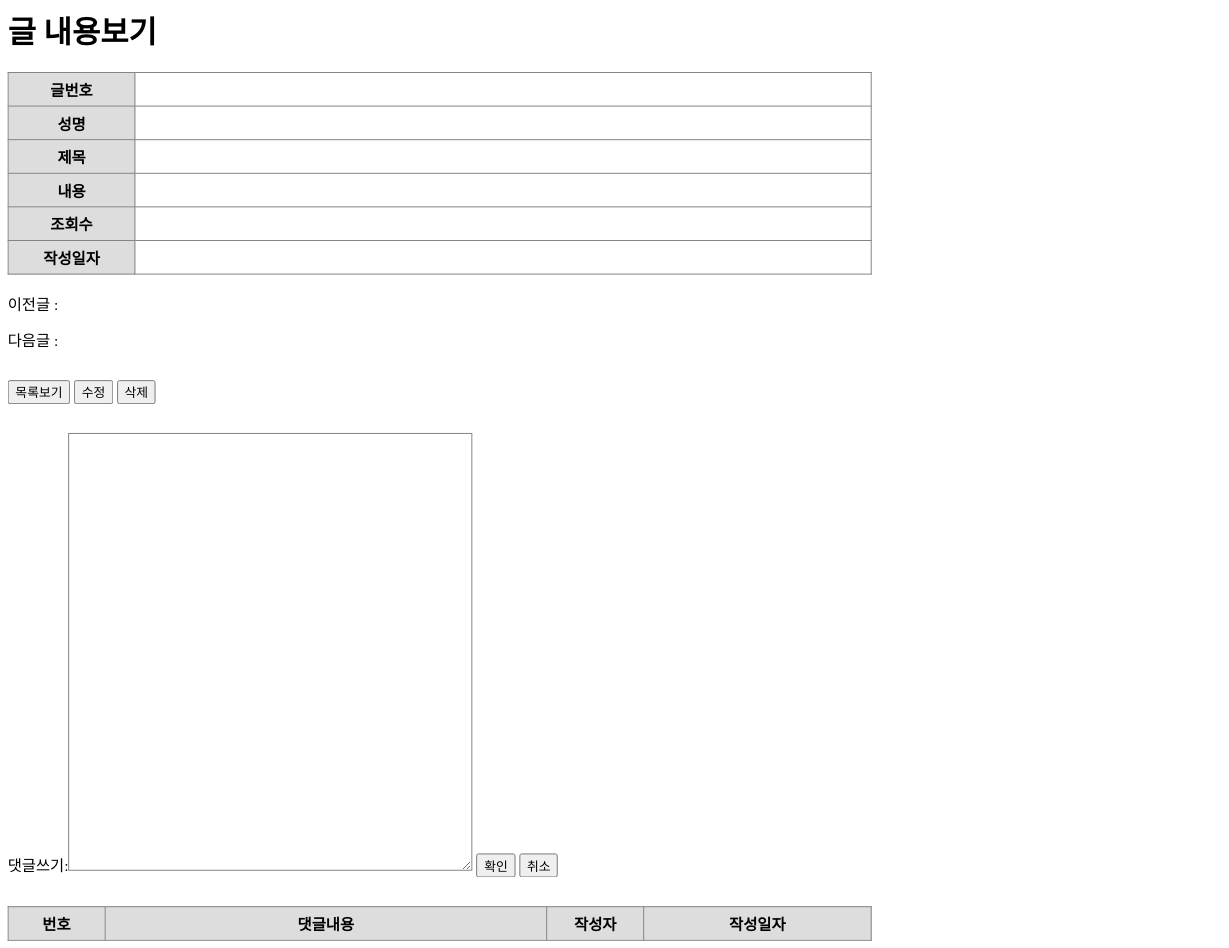
Repository: gold37/Spring
Page: http://localhost/Board/WEB-INF/views/tiles1/board/view.jsp
An editor plug-in stored every save of this project. The page is shown before and after the next save, followed by the edit.
The browser window is 1280 px wide. The pictures show the whole page, at 96% of full size.
The page is served by Tomcat 9. Nobody is signed in. Other server files are loaded and not shown. The template is opened directly, without the code that normally fills it, so the values that code supplies are empty.

Above is the page before, as saved 2020-07-17 06:46:12.
Console error: ReferenceError: $ is not defined

### springworkspace/Board/src/main/webapp/WEB-INF/views/tiles1/board/view.jsp
<%@ page language="java" contentType="text/html; charset=UTF-8"
    pageEncoding="UTF-8"%>

<%@ taglib prefix="c" uri="http://java.sun.com/jsp/jstl/core" %>

<style>

table, th, td, input, textarea {
	border: solid gray 1px;
}

#table, #table2 {
	border-collapse: collapse;
 	width: 900px;
}

#table th, #table td{padding: 5px;}
#table th{width: 120px; background-color: #DDDDDD;}
#table td{width: 750px;}
.long {width: 470px;}
.short {width: 120px;}

.move {cursor: pointer;}
.moveColor {font-weight: bold;}

a {text-decoration: none !important;}


</style>

<script type="text/javascript">

	$(document).ready(function(){

		$(".move").hover(function(){
						$(this).addClass("moveColor");
					},
					function(){
						$(this).removeClass("moveColor");
					});

	});


</script>


<div style="">
	<h1>글 내용보기</h1>

	<table id="table" style="word-wrap: break-word; table-layout: fixted;">
		<tr>
			<th>글번호</th>
			<td>${boardvo.seq}</td>
		</tr>
		<tr>
			<th>성명</th>
			<td>${boardvo.name}</td>
		</tr>
		<tr>
			<th>제목</th>
			<td>${boardvo.subject}</td>
		</tr>
		<tr>
			<th>내용</th>
			<td>
				<p style="word-break: break-all;">${boardvo.content}</p>
				<%--
					style="word-break: break-all; 은 공백없는 긴영문일 경우 width 크기를 뚫고 나오는 것을 막는 것임.
					그런데 style="word-break: break-all; 나 style="word-wrap: break-word; 은
			       	테이블태그의 <td>태그에는 안되고 <p> 나 <div> 태그안에서 적용되어지므로 <td>태그에서 적용하려면
			    	<table>태그속에 style="word-wrap: break-word; table-layout: fixed;" 을 주면 된다.
				--%>
			</td>
		</tr>
		<tr>
			<th>조회수</th>
			<td>${boardvo.readCount}</td>
		</tr>
		<tr>
			<th>작성일자</th>
			<td>${boardvo.regDate}</td>
		</tr>
	</table>

	<br/>

	<div style="margin-bottom: 1%;">이전글&nbsp;:&nbsp;<span class="move" onclick="javascript:location.href='view.action?seq=${boardvo.previousseq}'">${boardvo.previoussubject}</span></div>
	<div style="margin-bottom: 1%;">다음글&nbsp;:&nbsp;<span class="move" onclick="javascript:location.href='view.action?seq=${boardvo.nextseq}'">${boardvo.nextsubject}</span></div>

	<br/>

	<button type="button" onclick="javascript:location.href='list.action'" >목록보기</button>
	<button type="button" onclick="javascript:location.href='edit.action?seq=${boardvo.seq}'" >수정</button>
	<button type="button" onclick="javascript:location.href='delete.action?seq=${boardvo.seq}'" >삭제</button>


	<div style="margin-top: 30px;">
		댓글쓰기:<textarea rows="30" cols="50"></textarea>
		<button>확인</button>
		<button>취소</button>
	</div>

	<table id="table" style="margin-top: 30px;">
		<tr>
			<th style="width: 70px;  text-align: center;">번호</th>
			<th style="width: 360px; text-align: center;">댓글내용</th>
			<th style="width: 70px;  text-align: center;">작성자</th>
			<th style="width: 180px; text-align: center;">작성일자</th>
		</tr>
		<c:forEach var="boardvo" items="${boardList}" varStatus="status">
			<tr>
				<td align="center">${boardvo.seq}</td>
				<td align="left">
					<span class="subject" onclick="goView('${boardvo.seq}')">${boardvo.subject}</span>
				</td>
				<td align="center">${boardvo.content}</td>
				<td align="center">${boardvo.name}</td>
				<td align="center">${boardvo.regDate}</td>
		</c:forEach>
	</table>

</div>

After the next save:
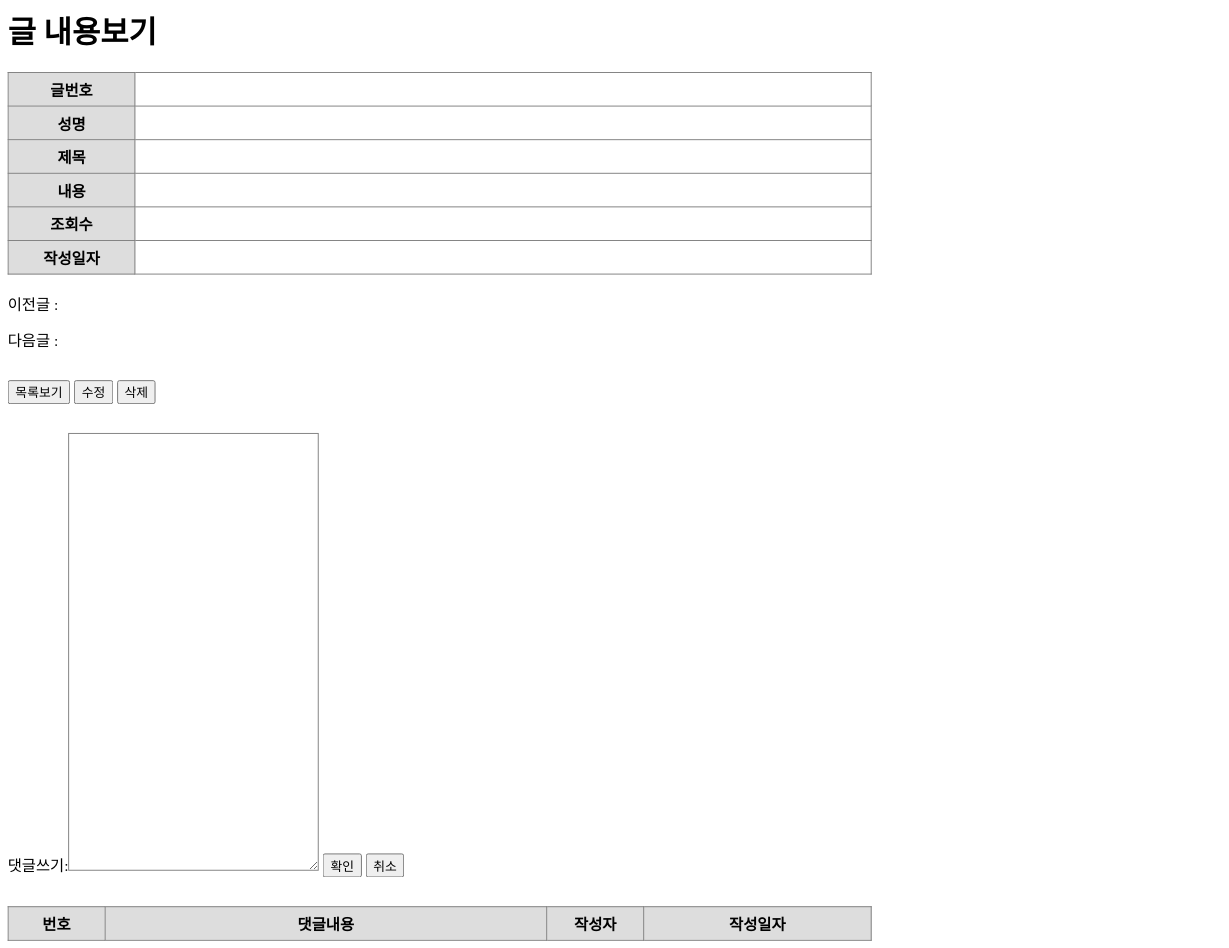
Saved 7 s later.
--- a/springworkspace/Board/src/main/webapp/WEB-INF/views/tiles1/board/view.jsp
+++ b/springworkspace/Board/src/main/webapp/WEB-INF/views/tiles1/board/view.jsp
@@ -96,7 +96,7 @@ a {text-decoration: none !important;}
 
 
 	<div style="margin-top: 30px;">
-		댓글쓰기:<textarea rows="30" cols="50"></textarea>
+		댓글쓰기:<textarea rows="30" cols="30"></textarea>
 		<button>확인</button>
 		<button>취소</button>
 	</div>
